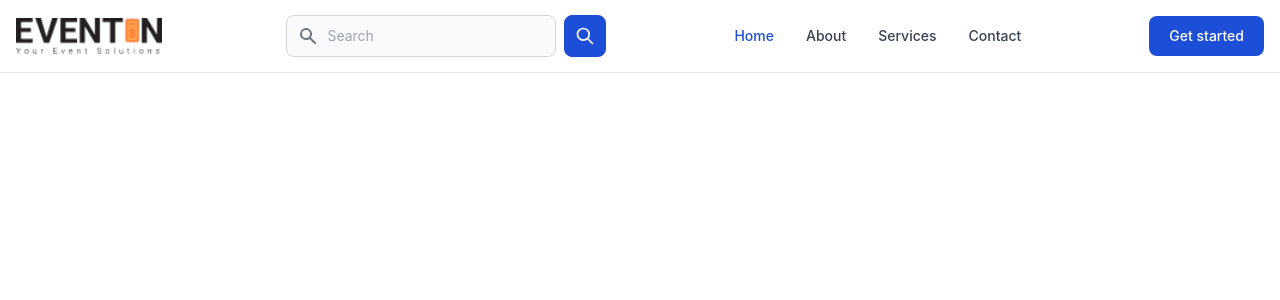
Repository: farrelmuhammad/eventon-indobild
Page: /
The author's editor kept a copy of each file at every save. The page is drawn from the files as they stood at one save, then again after the next save.
The browser window is 1280 px wide. The pictures show the whole page.
The project was rebuilt for these pictures with package versions that can differ from the ones it lists, and the page was loaded fresh each time. Also part of the build but not shown: src/App.css.

Above is the page before, as saved 2023-02-07 15:38:19.

### src/App.js
import logo from './logo.svg';
import './App.css';
import { Route, Routes } from 'react-router-dom';
import Home from './pages/Home';

function App() {
  return (
    <>
    <Routes>
      <Route exact path="/" element={<Home />} />
    </Routes>
    </>
  );
}

export default App;

### src/pages/Home.jsx
import React from 'react'
import Navbar from '../components/Navbar'

const Home = () => {
    return (
        <>
            <Navbar />
        </>
    )
}

export default Home

### src/components/Navbar.jsx
import React from 'react'
import Logo from "../assets/logo.png"

const Navbar = () => {
    return (

        <nav class="bg-white px-2 sm:px-4 py-2.5 fixed w-full z-20 top-0 left-0 border-b border-gray-200">
            <div class="container flex flex-wrap items-center justify-between mx-auto">
                <a href="https://flowbite.com/" class="flex items-center">
                    <img src={Logo} class="h-6 mr-3 sm:h-9" alt="Eventon Logo" />
                </a>

                <form class="flex items-center">
                    <label for="simple-search" class="sr-only">Search</label>
                    <div class="relative w-full">
                        <div class="absolute inset-y-0 left-0 flex items-center pl-3 pointer-events-none">
                            <svg aria-hidden="true" class="w-5 h-5 text-gray-500 dark:text-gray-400" fill="currentColor" viewBox="0 0 20 20" xmlns="http://www.w3.org/2000/svg"><path fill-rule="evenodd" d="M8 4a4 4 0 100 8 4 4 0 000-8zM2 8a6 6 0 1110.89 3.476l4.817 4.817a1 1 0 01-1.414 1.414l-4.816-4.816A6 6 0 012 8z" clip-rule="evenodd"></path></svg>
                        </div>
                        <input type="text" id="simple-search" class="bg-gray-50 border border-gray-300 text-gray-900 text-sm rounded-lg focus:ring-blue-500 focus:border-blue-500 block w-full pl-10 p-2.5" placeholder="Search" />
                    </div>
                    <button type="submit" class="p-2.5 ml-2 text-sm font-medium text-white bg-blue-700 rounded-lg border border-blue-700 hover:bg-blue-800 focus:ring-4 focus:outline-none focus:ring-blue-300">
                        <svg class="w-5 h-5" fill="none" stroke="currentColor" viewBox="0 0 24 24" xmlns="http://www.w3.org/2000/svg"><path stroke-linecap="round" stroke-linejoin="round" stroke-width="2" d="M21 21l-6-6m2-5a7 7 0 11-14 0 7 7 0 0114 0z"></path></svg>
                        <span class="sr-only">Search</span>
                    </button>
                </form>

                <div class="flex md:order-2">
                    <button type="button" class="text-white bg-blue-700 hover:bg-blue-800 focus:ring-4 focus:outline-none focus:ring-blue-300 font-medium rounded-lg text-sm px-5 py-2.5 text-center mr-3 md:mr-0">Get started</button>
                    <button data-collapse-toggle="navbar-sticky" type="button" class="inline-flex items-center p-2 text-sm text-gray-500 rounded-lg md:hidden hover:bg-gray-100 focus:outline-none focus:ring-2 focus:ring-gray-200" aria-controls="navbar-sticky" aria-expanded="false">
                        <span class="sr-only">Open main menu</span>
                        <svg class="w-6 h-6" aria-hidden="true" fill="currentColor" viewBox="0 0 20 20" xmlns="http://www.w3.org/2000/svg"><path fill-rule="evenodd" d="M3 5a1 1 0 011-1h12a1 1 0 110 2H4a1 1 0 01-1-1zM3 10a1 1 0 011-1h12a1 1 0 110 2H4a1 1 0 01-1-1zM3 15a1 1 0 011-1h12a1 1 0 110 2H4a1 1 0 01-1-1z" clip-rule="evenodd"></path></svg>
                    </button>
                </div>
                <div class="items-center justify-between hidden w-full md:flex md:w-auto md:order-1" id="navbar-sticky">
                    <ul class="flex flex-col p-4 mt-4 border border-gray-100 rounded-lg bg-gray-50 md:flex-row md:space-x-8 md:mt-0 md:text-sm md:font-medium md:border-0 md:bg-white">
                        <li>
                            <a href="#" class="block py-2 pl-3 pr-4 text-white bg-blue-700 rounded md:bg-transparent md:text-blue-700 md:p-0 dark:text-white" aria-current="page">Home</a>
                        </li>
                        <li>
                            <a href="#" class="block py-2 pl-3 pr-4 text-gray-700 rounded hover:bg-gray-100 md:hover:bg-transparent md:hover:text-blue-700 md:p-0">About</a>
                        </li>
                        <li>
                            <a href="#" class="block py-2 pl-3 pr-4 text-gray-700 rounded hover:bg-gray-100 md:hover:bg-transparent md:hover:text-blue-700 md:p-0">Services</a>
                        </li>
                        <li>
                            <a href="#" class="block py-2 pl-3 pr-4 text-gray-700 rounded hover:bg-gray-100 md:hover:bg-transparent md:hover:text-blue-700 md:p-0">Contact</a>
                        </li>
                    </ul>
                </div>
            </div>
        </nav>

    )
}

export default Navbar

Loaded but not shown: public/index.html (common file); src/index.js (common file); src/index.css (common file); src/reportWebVitals.js (common file); tailwind.config.js (common file)

After the next save:
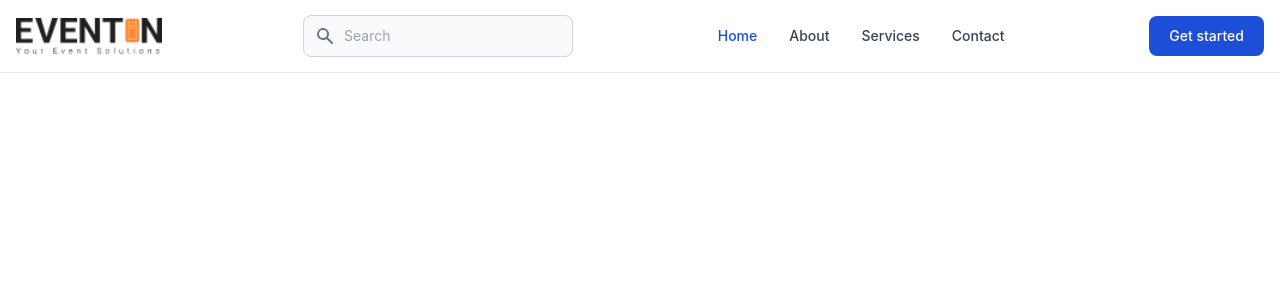
Saved 14 s later.
--- a/src/components/Navbar.jsx
+++ b/src/components/Navbar.jsx
@@ -18,10 +18,10 @@ const Navbar = () => {
                         </div>
                         <input type="text" id="simple-search" class="bg-gray-50 border border-gray-300 text-gray-900 text-sm rounded-lg focus:ring-blue-500 focus:border-blue-500 block w-full pl-10 p-2.5" placeholder="Search" />
                     </div>
-                    <button type="submit" class="p-2.5 ml-2 text-sm font-medium text-white bg-blue-700 rounded-lg border border-blue-700 hover:bg-blue-800 focus:ring-4 focus:outline-none focus:ring-blue-300">
+                    {/* <button type="submit" class="p-2.5 ml-2 text-sm font-medium text-white bg-blue-700 rounded-lg border border-blue-700 hover:bg-blue-800 focus:ring-4 focus:outline-none focus:ring-blue-300">
                         <svg class="w-5 h-5" fill="none" stroke="currentColor" viewBox="0 0 24 24" xmlns="http://www.w3.org/2000/svg"><path stroke-linecap="round" stroke-linejoin="round" stroke-width="2" d="M21 21l-6-6m2-5a7 7 0 11-14 0 7 7 0 0114 0z"></path></svg>
                         <span class="sr-only">Search</span>
-                    </button>
+                    </button> */}
                 </form>
 
                 <div class="flex md:order-2">
